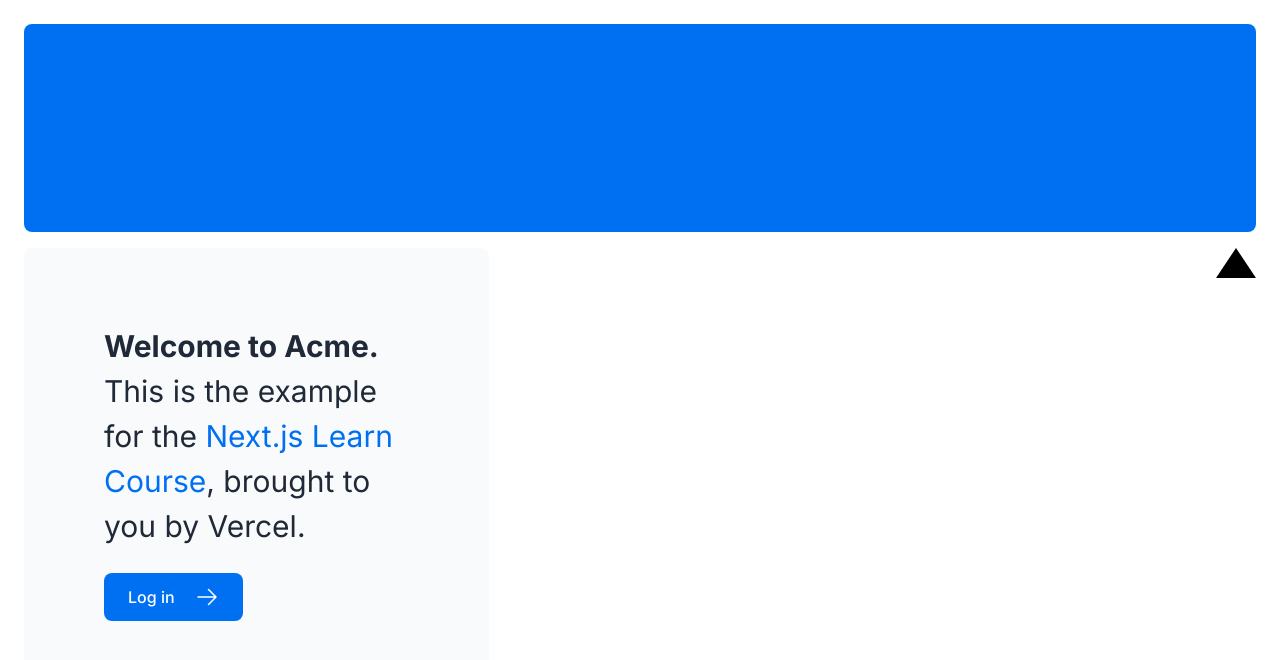
Repository: taoxiaofeng/hello-nextjs
Page: /
These files come from the project's save history. The page is drawn as it stood at one moment and after the next save; the edit follows.
The browser window is 1280 px wide. The pictures show the whole page.
Some web fonts or font styles are not loaded; a fallback is used. The project was rebuilt for these pictures with package versions that can differ from the ones it lists, and the page was loaded fresh each time. The framework's server and built-in components were replaced by stand-ins that run in the browser. Also part of the build but not shown: next.config.js.

Above is the page before, as saved 2023-11-08 21:37:13.

After the next save:
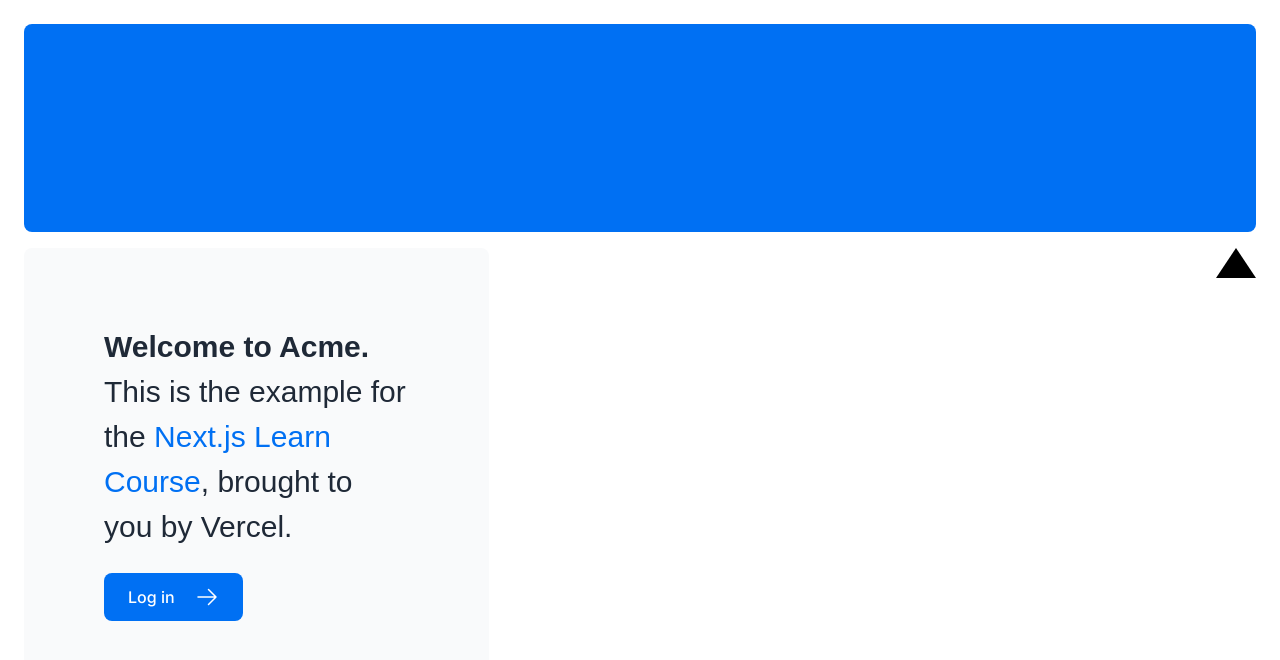
Saved 35 s later.
--- a/app/page.tsx
+++ b/app/page.tsx
@@ -12,7 +12,7 @@ export default function Page() {
       </div>
       <div className="mt-4 flex grow flex-col gap-4 md:flex-row">
         <div className="flex flex-col justify-center gap-6 rounded-lg bg-gray-50 px-6 py-10 md:w-2/5 md:px-20">
-          <p className={`text-xl text-gray-800 md:text-3xl md:leading-normal`}>
+          <p className={`${lusitana.className} text-xl text-gray-800 md:text-3xl md:leading-normal`}>
             <strong>Welcome to Acme.</strong> This is the example for the{" "}
             <a href="https://nextjs.org/learn/" className="text-blue-500">
               Next.js Learn Course
